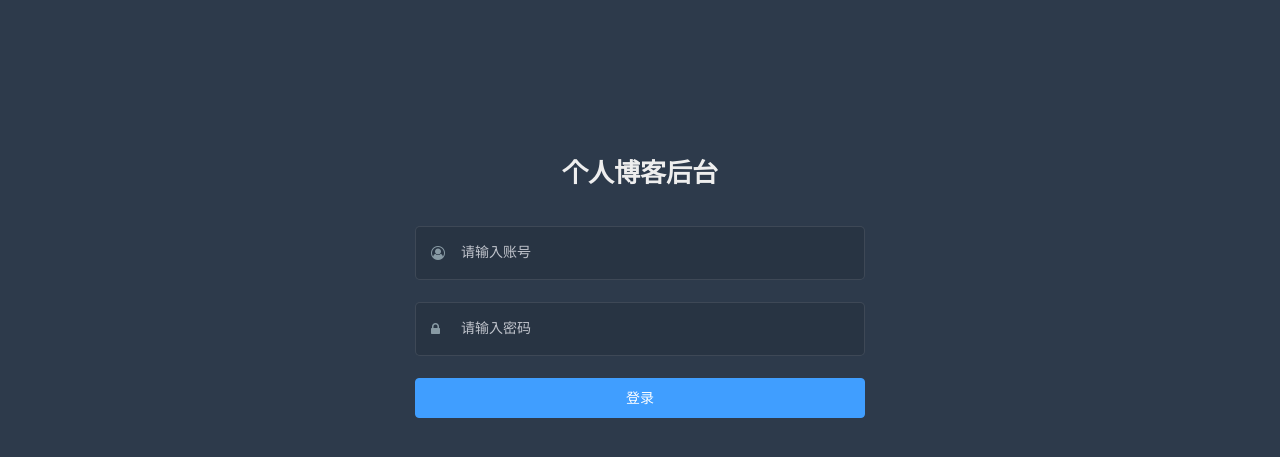
Repository: coWhy/blog-admin
Page: /#/login
The author's editor kept a copy of each file at every save. The page is drawn from the files as they stood at one save, then again after the next save.
The browser window is 1280 px wide. The pictures show the whole page.
The page's requests for data from a server got no answer. The project was rebuilt for these pictures with package versions that can differ from the ones it lists, and the page was loaded fresh each time. No one was signed in, and anything a server would have sent is missing. Also part of the build but not shown: vue.config.js.

Above is the page before, as saved 2020-04-27 04:11:16.

### public/index.html
<!DOCTYPE html>
<html lang="en">
  <head>
    <meta charset="utf-8">
    <meta http-equiv="X-UA-Compatible" content="IE=edge">
    <meta name="viewport" content="width=device-width,initial-scale=1.0">
    <link rel="icon" href="<%= BASE_URL %>favicon.ico">
    <title><%= htmlWebpackPlugin.options.title %></title>
    <script type="text/javascript" src="./live2dw/lib/L2Dwidget.min.js"></script>
  </head>
  <body>
    <noscript>
      <strong>We're sorry but <%= htmlWebpackPlugin.options.title %> doesn't work properly without JavaScript enabled. Please enable it to continue.</strong>
    </noscript>
    <div id="app"></div>
    <!-- built files will be auto injected -->
  </body>
</html>

### src/main.js
import Vue from 'vue'
import App from './App.vue'
import router from './router'
import store from './store'
// 全局配置样式
import '@/assets/scss/reset.scss'
// 引入icon库
import '@/assets/font-awesome-4.7.0/css/font-awesome.css'
Vue.config.productionTip = false
// 第三方包
import ElementUI from 'element-ui'
import 'element-ui/lib/theme-chalk/index.css'
// 自定义注册全局插件
import http from '@/utils/http' // 自定义全局axios
Vue.use(ElementUI)
Vue.use(http)

new Vue({
  router,
  store,
  render: h => h(App)
}).$mount('#app')

### src/router/index.js
import Vue from 'vue'
import VueRouter from 'vue-router'
//当我们重复点击路由导航菜单的时候控制台会报错，错误的缘由是因为 vue-router 版本太新 解决办法
const originalPush = VueRouter.prototype.push
VueRouter.prototype.push = function push(location) {
  return originalPush.call(this, location).catch(err => err)
}
Vue.use(VueRouter)

const routes = [
  {
    path: '/login',
    name: 'login',
    component: () => import('@/views/login/index')
  },
  {
    path: '/',
    component: () => import('@/views/layout'),
    children: [
      {
        path: '/home',
        name: 'home',
        component: () => import('@/views/home')
      },
      {
        path: '/user',
        name: 'user',
        component: () => import('@/views/user')
      },
      {
        path: '/type',
        name: 'type',
        component: () => import('@/views/type')
      }
    ]
  }
]

const router = new VueRouter({
  routes
})

export default router

### src/store/index.js
import Vue from 'vue'
import Vuex from 'vuex'
import tag from './modules/tag'
import user from './modules/user'
Vue.use(Vuex)

export default new Vuex.Store({
  state: {},
  mutations: {},
  actions: {},
  modules: {
    tag,
    user
  }
})

### src/utils/http.js
// 自定义开发插件
import axios from 'axios'
import { getAccessToken } from '@/utils/auth'
import { MessageBox, Message } from 'element-ui'
const MyHttpServer = {}

MyHttpServer.install = Vue => {
  // 基准地址
  axios.defaults.baseURL = process.env.VUE_APP_BASE_API
  axios.defaults.timeout = 3000
  // 添加请求拦截器 token拦截
  axios.interceptors.request.use(
    config => {
      // 从cookie中拿出登录时候存放的访问token
      const accessToken = getAccessToken()
      if (accessToken) {
        config.headers['Authorization'] = accessToken
      }
      return config
    },
    error => {
      return Promise.reject(error)
    }
  )
  // 响应拦截
  axios.interceptors.response.use(
    response => {
      //  此处对不同状态码 进行不同的操作 比如404 跳转页面等
      const res = response.data
      // 假如访问不成功 就返回错误信息给前端 后端访问成功码为 0
      if (res.code && res.code !== 0) {
        Message({
          message: res.msg || '访问错误',
          type: 'error',
          duration: 5 * 1000
        })
      }

      return res
    },
    error => {
      return Promise.reject(error)
    }
  )
  Vue.prototype.$http = axios
}
export default MyHttpServer

### src/assets/scss/_variable.scss
// 全局配置样式 修改主题颜色
$theme-color: #33aef0;

// header部分
$header-bg-color:#626e85  // 头部背景色

### src/views/login/index.vue
<template>
  <div class="login-container">
    <el-form
      ref="loginForm"
      :model="loginForm"
      :rules="loginRules"
      class="login-form"
      auto-complete="on"
      label-position="left"
    >
      <div class="title-container">
        <h3 class="title">个人博客后台</h3>
      </div>

      <el-form-item prop="username">
        <span class="svg-container">
          <i class="fa fa-user-circle-o" aria-hidden="true"></i>
        </span>
        <el-input
          ref="username"
          v-model="loginForm.username"
          placeholder="请输入账号"
          name="username"
          type="text"
          tabindex="1"
          auto-complete="on"
        />
      </el-form-item>

      <el-form-item prop="password">
        <span class="svg-container">
          <i class="fa fa-lock" aria-hidden="true"></i>
        </span>
        <el-input
          :key="passwordType"
          ref="password"
          v-model="loginForm.password"
          :type="passwordType"
          placeholder="请输入密码"
          name="password"
          tabindex="2"
          auto-complete="on"
          @keyup.enter.native="handleLogin"
        />
        <span class="show-pwd" @click="showPwd">
          <svg-icon
            :icon-class="passwordType === 'password' ? 'eye' : 'eye-open'"
          />
        </span>
      </el-form-item>

      <el-button
        :loading="loading"
        type="primary"
        style="width:100%;margin-bottom:30px;"
        @click.native.prevent="handleLogin"
        >登录</el-button
      >
    </el-form>
  </div>
</template>

<script>
import { validUsername } from '@/utils/validate'

export default {
  name: 'Login',
  data() {
    const validateUsername = (rule, value, callback) => {
      if (!validUsername(value)) {
        callback(new Error('请输入用户名'))
      } else {
        callback()
      }
    }
    const validatePassword = (rule, value, callback) => {
      if (value.length < 5) {
        callback(new Error('密码不能小于5位数'))
      } else {
        callback()
      }
    }
    return {
      loginForm: {
        username: '',
        password: ''
      },
      loginRules: {
        username: [
          { required: true, trigger: 'blur', validator: validateUsername }
        ],
        password: [
          { required: true, trigger: 'blur', validator: validatePassword }
        ]
      },
      loading: false,
      passwordType: 'password',
      redirect: undefined
    }
  },
  watch: {
    $route: {
      handler: function(route) {
        this.redirect = route.query && route.query.redirect
      },
      immediate: true
    }
  },
  methods: {
    showPwd() {
      if (this.passwordType === 'password') {
        this.passwordType = ''
      } else {
        this.passwordType = 'password'
      }
      this.$nextTick(() => {
        this.$refs.password.focus()
      })
    },
    handleLogin() {}
  }
}
</script>

<style lang="scss">
/* 修复input 背景不协调 和光标变色 */
/* Detail see https://github.com/PanJiaChen/vue-element-admin/pull/927 */

$bg: #283443;
$light_gray: #fff;
$cursor: #fff;

@supports (-webkit-mask: none) and (not (cater-color: $cursor)) {
  .login-container .el-input input {
    color: $cursor;
  }
}

/* reset element-ui css */
.login-container {
  .el-input {
    display: inline-block;
    height: 47px;
    width: 85%;

    input {
      background: transparent;
      border: 0px;
      -webkit-appearance: none;
      border-radius: 0px;
      padding: 12px 5px 12px 15px;
      color: $light_gray;
      height: 47px;
      caret-color: $cursor;

      &:-webkit-autofill {
        box-shadow: 0 0 0px 1000px $bg inset !important;
        -webkit-text-fill-color: $cursor !important;
      }
    }
  }

  .el-form-item {
    border: 1px solid rgba(255, 255, 255, 0.1);
    background: rgba(0, 0, 0, 0.1);
    border-radius: 5px;
    color: #454545;
  }
}
</style>

<style lang="scss" scoped>
$bg: #2d3a4b;
$dark_gray: #889aa4;
$light_gray: #eee;

.login-container {
  min-height: 100%;
  width: 100%;
  background-color: $bg;
  overflow: hidden;

  .login-form {
    position: relative;
    width: 520px;
    max-width: 100%;
    padding: 160px 35px 0;
    margin: 0 auto;
    overflow: hidden;
  }

  .tips {
    font-size: 14px;
    color: #fff;
    margin-bottom: 10px;

    span {
      &:first-of-type {
        margin-right: 16px;
      }
    }
  }

  .svg-container {
    padding: 6px 5px 6px 15px;
    color: $dark_gray;
    vertical-align: middle;
    width: 30px;
    display: inline-block;
  }

  .title-container {
    position: relative;

    .title {
      font-size: 26px;
      color: $light_gray;
      margin: 0px auto 40px auto;
      text-align: center;
      font-weight: bold;
    }
  }

  .show-pwd {
    position: absolute;
    right: 10px;
    top: 7px;
    font-size: 16px;
    color: $dark_gray;
    cursor: pointer;
    user-select: none;
  }
}
</style>

### src/store/modules/tag.js
export default {
  state: {
    isCollapse: false, // 是否折叠菜单 默认展开
    menuList: [], // 菜单列表
    curMenu: null, // 点击选中的菜单
    tagList: [
      // 首页是不可关闭的
      {
        path: '/',
        name: 'home',
        title: '首页',
        icon: 'el-icon-s-home'
      }
    ] // 存放tags 点击后 就存到里面去
  },
  mutations: {
    /**
     * 将选中的menu赋值 给curMenu
     * @param {*} state
     * @param {*} selectedMenu 点击选中的菜单
     */
    getSelectedMenu(state, selectedMenu) {
      if (selectedMenu.name !== 'home') {
        state.curMenu = selectedMenu
        let result = state.tagList.findIndex(
          item => item.name === selectedMenu.name
        )
        if (result === -1) {
          // 没找到这个tag 就放进tagList
          state.tagList.push(selectedMenu)
        }
      } else {
        state.curMenu = null
      }
    },
    /**
     * 关闭已经打开的菜单
     * @param {*} state
     * @param {*} selectedTag 打开的菜单
     */
    closeSelectedTag(state, selectedTag) {
      let result = state.tagList.findIndex(
        item => item.name === selectedTag.name
      )
      state.tagList.splice(result, 1)
    },
    // 关闭 或 展开左侧菜单栏
    collapseAsideMenu(state) {
      state.isCollapse = !state.isCollapse
    }
  },
  actions: {}
}

### src/store/modules/user.js
import cookie from 'js-cookie'
export default {
  state: {
    accessToken: '', // 访问token
    refreshToken: '', // 刷新token
    username: '', // 用户名
    avatar: '' // 头像
  },
  mutations: {
    // 保存accessToken使用
    setAccessToken(state, accessToken) {
      state.accessToken = accessToken
      cookie.set('accessToken', accessToken)
    },
    getAccessToken(state) {
      state.accessToken = cookie.get('accessToken')
    },
    // 保存 refreshToken
    setRefreshToken(state, refreshToken) {
      state.refreshToken = refreshToken
      cookie.set('refreshToken', refreshToken)
    },
    getRefreshToken(state) {
      state.refreshToken = cookie.get('refreshToken')
    },
    // 保存用户名
    setUsername(state, username) {
      state.username = username
      cookie.set('username', username)
    },
    getUsername(state) {
      state.username = cookie.get('username')
    },
    //保存头像
    setAvatar(state, avatar) {
      state.avatar = avatar
      cookie.set('avatar', avatar)
    },
    getAvatar(state) {
      state.avatar = cookie.get('avatar')
    },
    // 清除tokens 退出时候使用
    clearTokens(state) {
      state.accessToken = ''
      state.refreshToken = ''
      state.username = ''
      state.refreshToken = ''
      cookie.remove('accessToken')
      cookie.remove('refreshToken')
      cookie.remove('username')
      cookie.remove('avatar')
    }
  }
}

### src/utils/auth.js
import cookie from 'js-cookie'
// 获取访问token
export function getAccessToken() {
  return cookie.get('accessToken')
}

Loaded but not shown: src/App.vue (common file); src/assets/scss/reset.scss (common file); src/assets/font-awesome-4.7.0/css/font-awesome.css (library); src/utils/validate.js (common file); public/live2dw/lib/L2Dwidget.min.js (library)

After the next save:
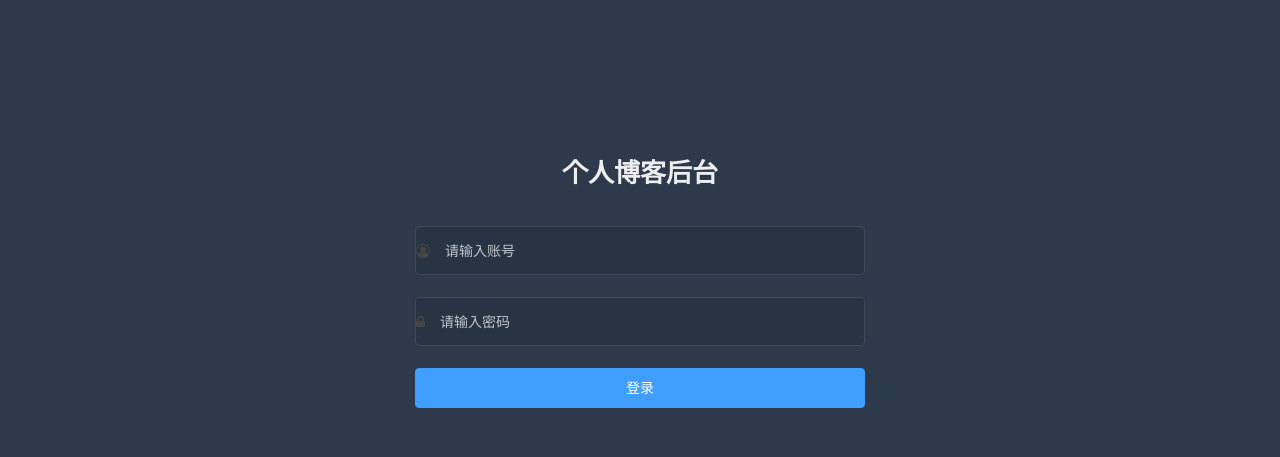
Saved 20 s later.
--- a/src/views/login/index.vue
+++ b/src/views/login/index.vue
@@ -13,7 +13,7 @@
       </div>
 
       <el-form-item prop="username">
-        <span class="svg-container">
+        <span class="fa-container">
           <i class="fa fa-user-circle-o" aria-hidden="true"></i>
         </span>
         <el-input
@@ -28,7 +28,7 @@
       </el-form-item>
 
       <el-form-item prop="password">
-        <span class="svg-container">
+        <span class="fa-container">
           <i class="fa fa-lock" aria-hidden="true"></i>
         </span>
         <el-input

After the save that followed:
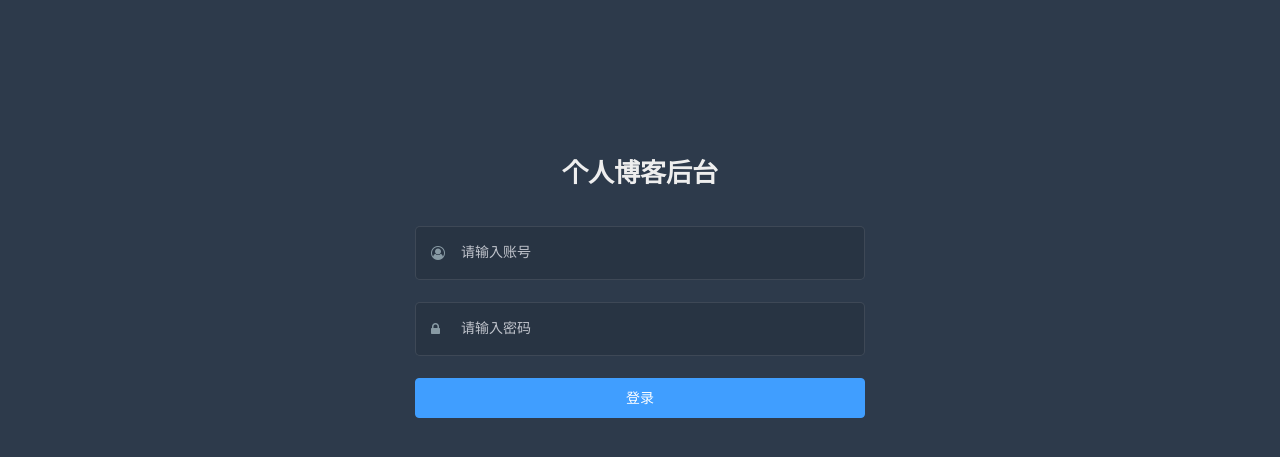
Saved 7 s later.
--- a/src/views/login/index.vue
+++ b/src/views/login/index.vue
@@ -201,7 +201,7 @@ $light_gray: #eee;
     }
   }
 
-  .svg-container {
+  .fa-container {
     padding: 6px 5px 6px 15px;
     color: $dark_gray;
     vertical-align: middle;
